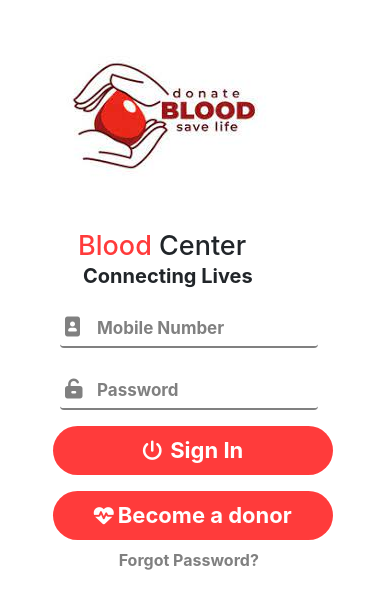
Repository: syedali042/jbds
Page: /
An editor plug-in stored every save of this project. The page is shown before and after the next save, followed by the edit.
The browser window is 375 px wide. The pictures show the whole page.
Some web libraries are served in a nearby version. The project was rebuilt for these pictures with package versions that can differ from the ones it lists, and the page was loaded fresh each time. Also part of the build but not shown: src/components/Header.js, src/components/About.js, src/components/Register.js, src/components/Header2.js, src/components/Home.js, src/components/Header4.js, src/components/Request.js, src/components/Header3.js and 1 more.

Above is the page before, as saved 2021-11-09 20:23:17.

After the next save:
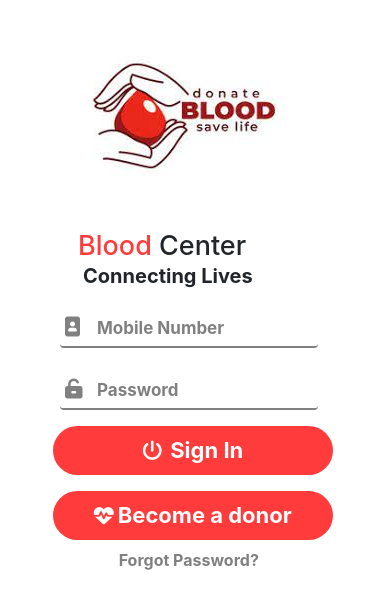
Saved 52 s later.
--- a/src/App.css
+++ b/src/App.css
@@ -90,10 +90,6 @@
 }
 .blood{
   font-size: 27px;
-}
-.img{
-  position: relative;
-  right: 20px;
 }
 .formik{
   position: relative;
